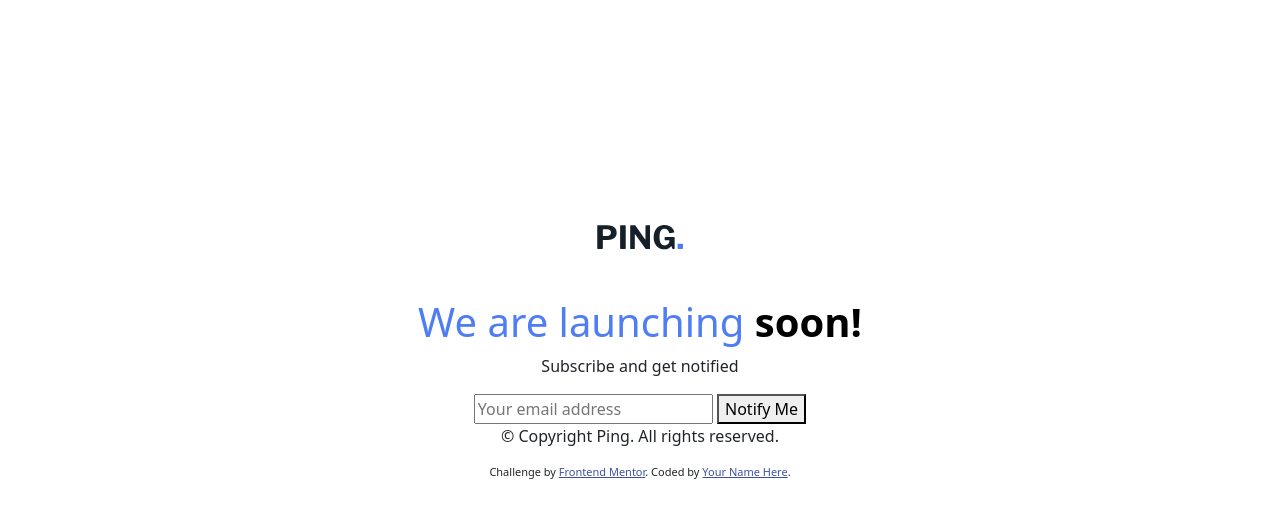
Repository: blordeus/ping-coming-soon-page-master
Page: index.html
The author's editor kept a copy of each file at every save. The page is drawn from the files as they stood at one save, then again after the next save.
The browser window is 1280 px wide. The pictures show the whole page.
The style sheet was rebuilt from its Sass, Less or Tailwind sources for each picture, by a compiler version that may differ from the author's.

Above is the page before, as saved 2023-08-31 11:14:29.

After the next save:
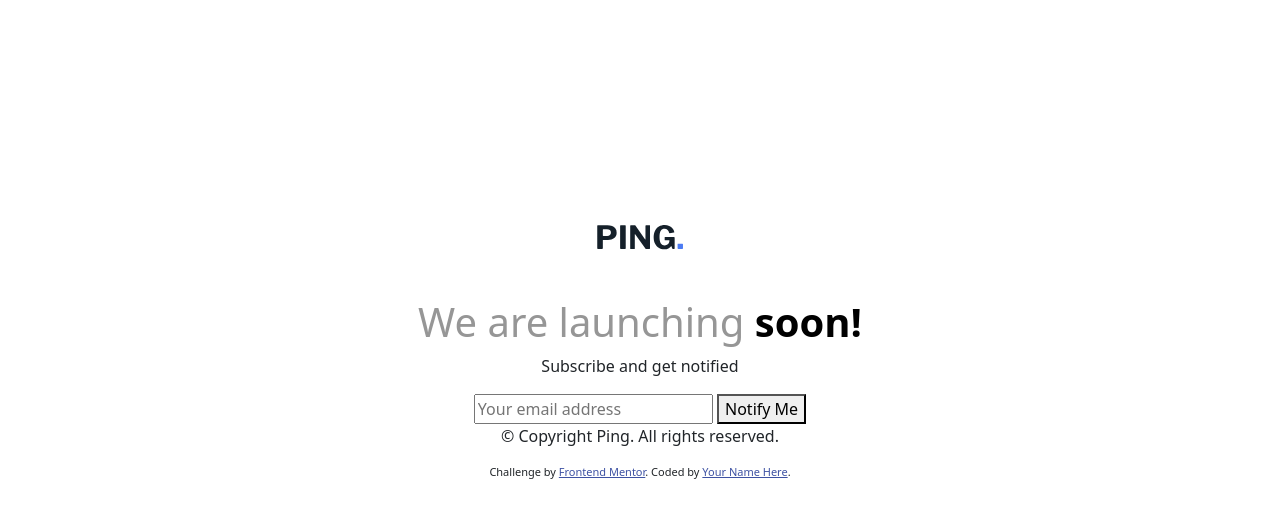
Saved 10 s later.
--- a/style.scss
+++ b/style.scss
@@ -22,7 +22,7 @@
 }
 
 .heading-color {
-    color: var(--blue);
+    color: var(--dark-gray);
 }
 
   .attribution { font-size: 11px; text-align: center; }
